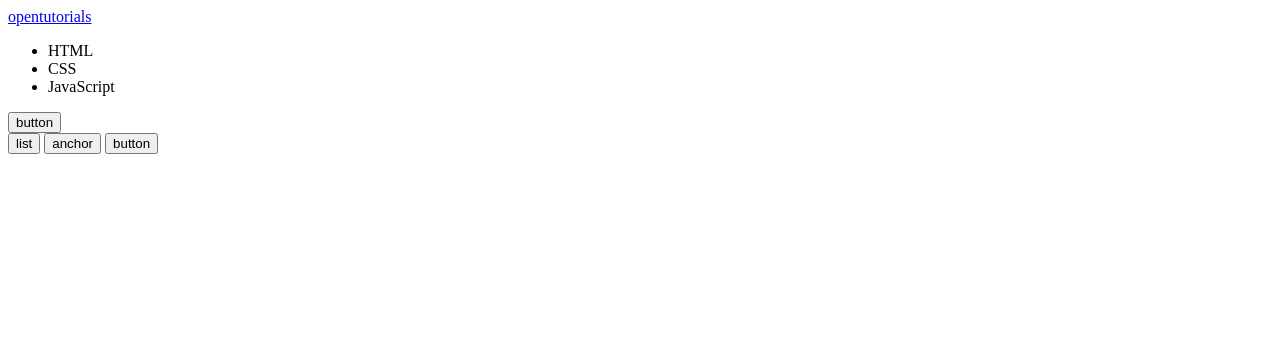
Repository: letzbegin/Study
Page: http://localhost/Javascript/DOM/Ex_07.jsp
These files come from the project's save history. The page is drawn as it stood at one moment and after the next save; the edit follows.
The browser window is 1280 px wide. The pictures show the whole page.
The page is served by Tomcat 9.

Above is the page before, as saved 2018-09-16 11:30:35.

After the next save:
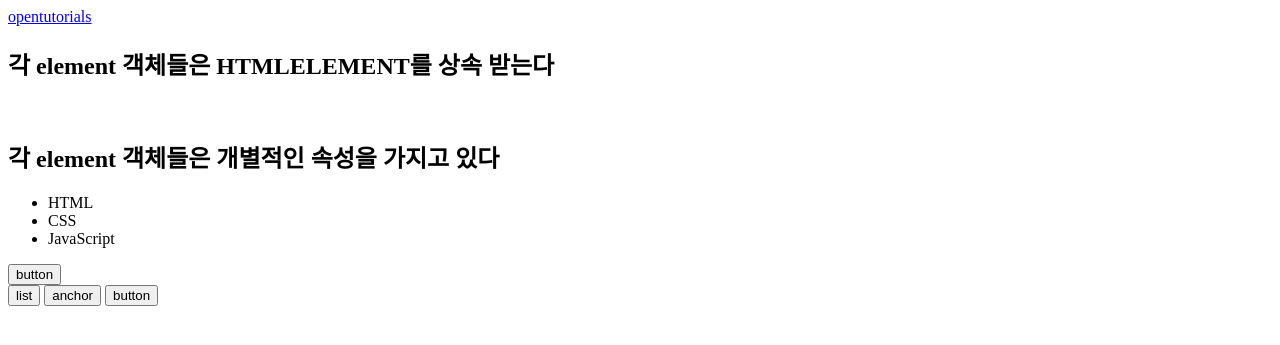
Saved 2 min 21 s later.
--- a/web_javascript/Javascript/WebContent/DOM/Ex_07.jsp
+++ b/web_javascript/Javascript/WebContent/DOM/Ex_07.jsp
@@ -8,6 +8,10 @@
 </head>
 <body>
 <a id="anchor" href="http://opentutorials.org">opentutorials</a>
+<h2>각 element 객체들은  HTMLELEMENT를 상속 받는다</h2><br>
+<h2>각 element 객체들은  개별적인 속성을 가지고 있다 </h2>
+
+
 <ul>
     <li>HTML</li>
     <li>CSS</li>
